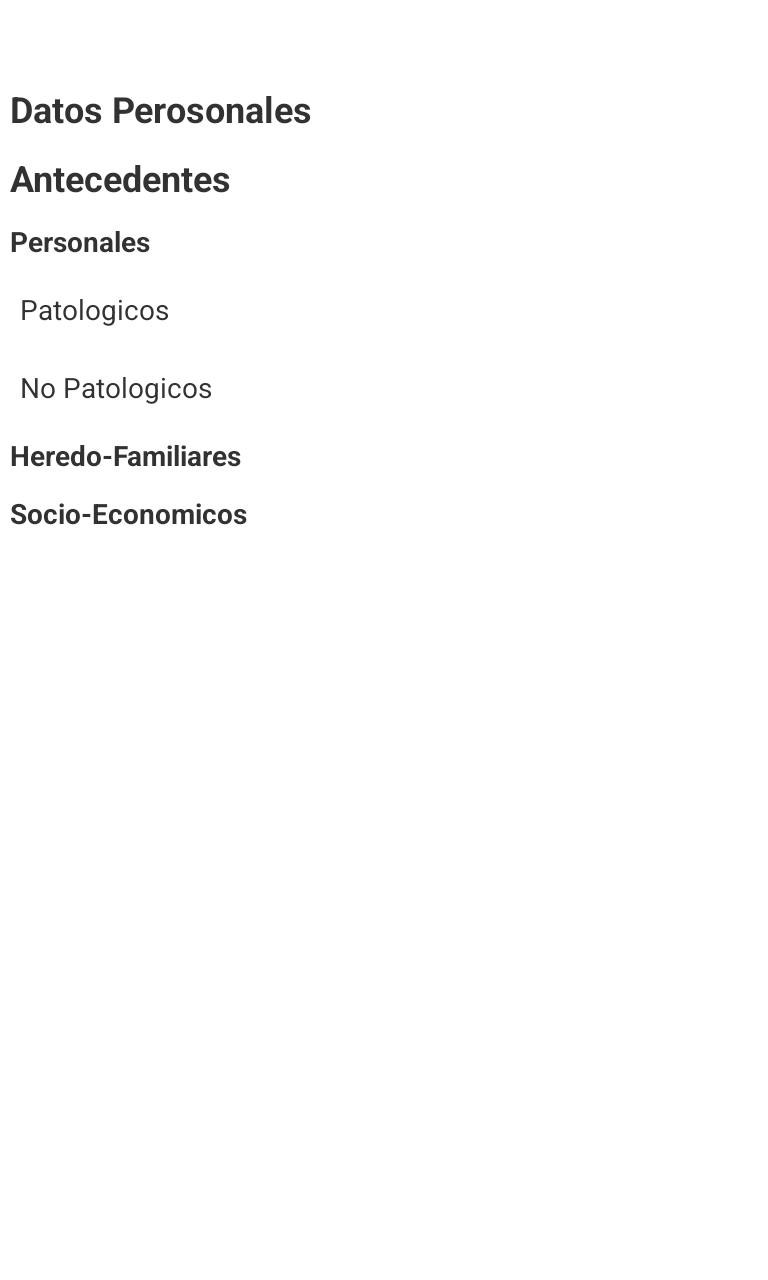
Repository: kakusio/AndoidMedics
Layout: NfcAndroidCliente/res/layout/historial_medico.xml
These files come from the project's save history. The layout is drawn as it stood at one moment and after the next save; the edit follows.
It is drawn on a 768 x 1280 px phone screen (xhdpi) without system bars, with theme AppTheme; the app's code is not run. Lists and similar views that code fills are empty.

Above is the layout before, as saved 2013-04-14 17:52:22.

After the next save:
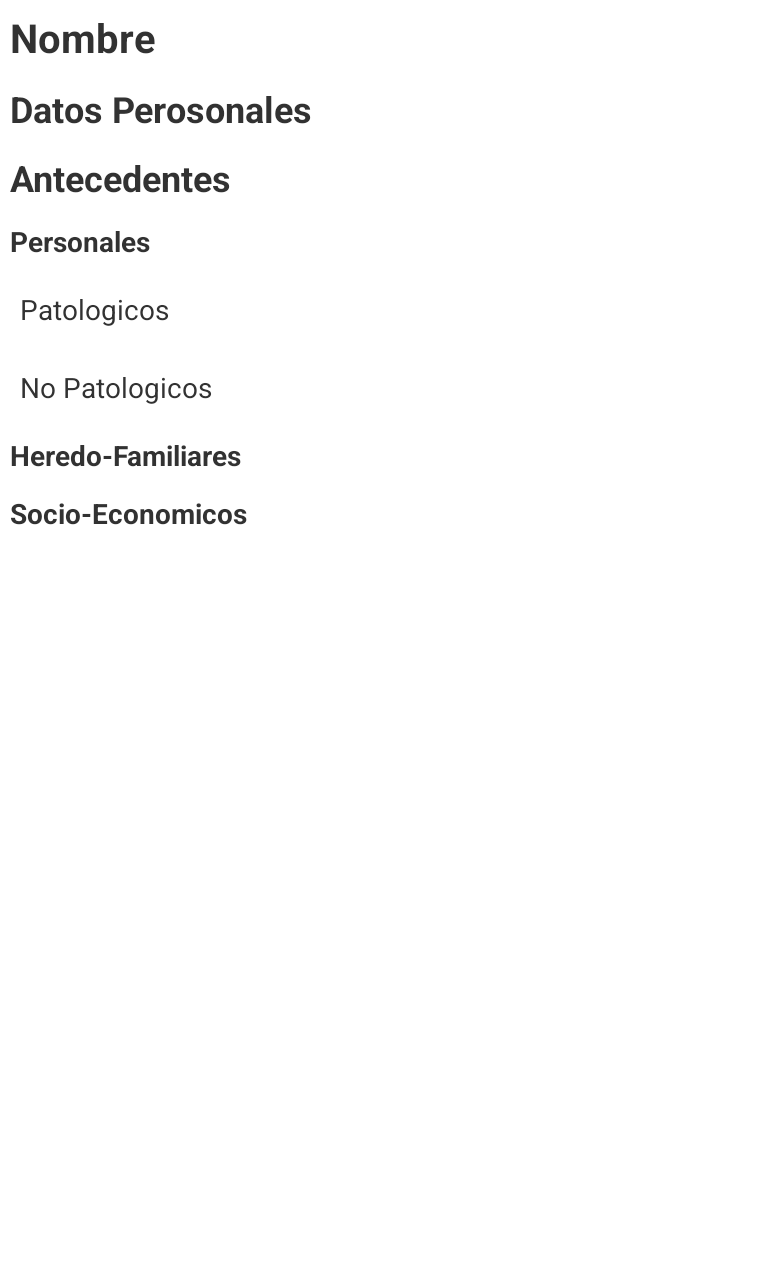
Saved 26 s later.
--- a/NfcAndroidCliente/res/layout/historial_medico.xml
+++ b/NfcAndroidCliente/res/layout/historial_medico.xml
@@ -14,7 +14,8 @@
             android:layout_height="wrap_content"
             android:layout_margin="5dp"
             android:textSize="20sp"
-            android:textStyle="bold" />
+            android:textStyle="bold"
+            android:text="Nombre" />
 
         <TextView
             android:id="@+id/religionUsuario"
